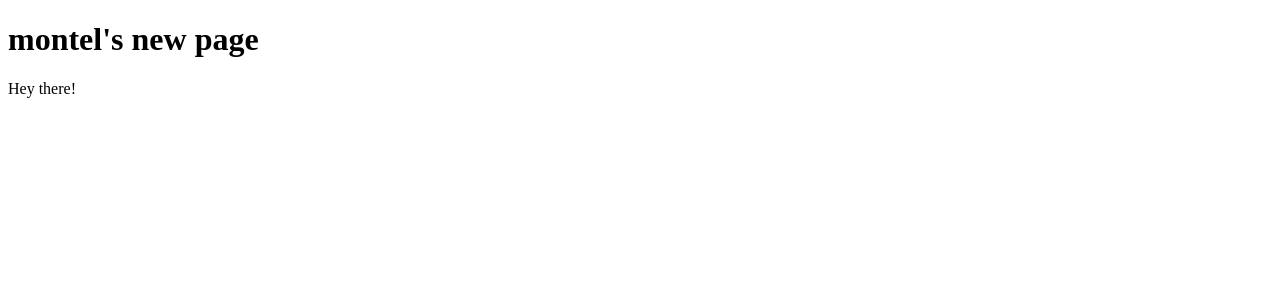
Repository: mnhardy1504/odin-recipes1
Page: repos/java-practice/index.html
An editor plug-in stored every save of this project. The page is shown before and after the next save, followed by the edit.
The browser window is 1280 px wide. The pictures show the whole page.

Above is the page before, as saved 2023-09-14 09:40:27.

### repos/java-practice/index.html
<!DOCTYPE html>
<html>
<head>
  <meta charset="UTF-8">
  <title>Page Title</title>
</head>
<body>
  <h1> montel's new page </h1>
  <script>
    // Your JavaScript goes here!
    var foo = "bar";
    console.log("Hello, World!", foo);
    foo= 23
    console.log(foo + 97);

    document.write("<p> Hey there!</p>");
  </script>
</body>
</html>

After the next save:
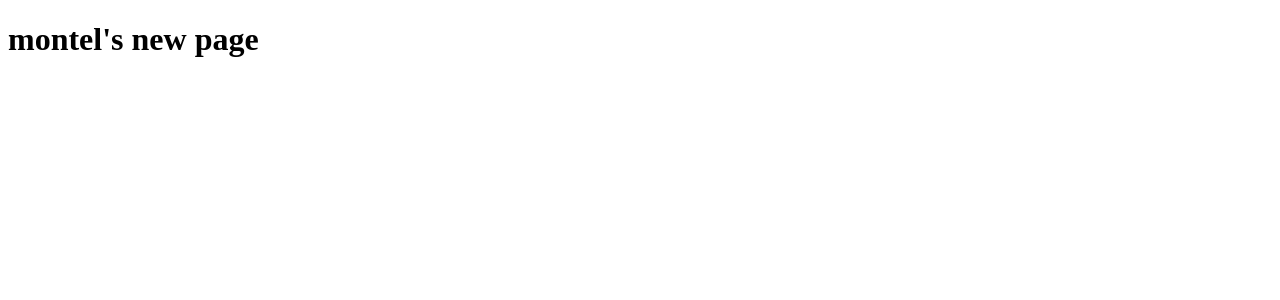
Console error: ReferenceError: c is not defined
Saved 46 s later.
--- a/repos/java-practice/index.html
+++ b/repos/java-practice/index.html
@@ -9,8 +9,7 @@
   <script>
     // Your JavaScript goes here!
     var foo = "bar";
-    console.log("Hello, World!", foo);
-    foo= 23
+    c
     console.log(foo + 97);
 
     document.write("<p> Hey there!</p>");

After the save that followed:
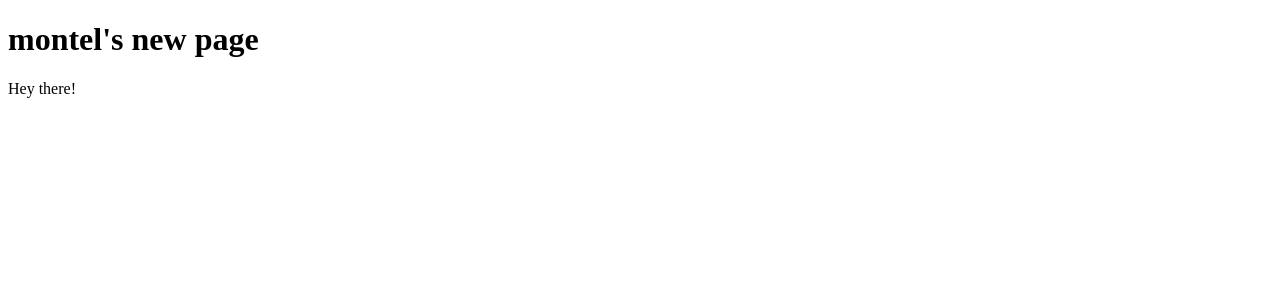
The error is gone.
Saved 80 s later.
--- a/repos/java-practice/index.html
+++ b/repos/java-practice/index.html
@@ -8,9 +8,7 @@
   <h1> montel's new page </h1>
   <script>
     // Your JavaScript goes here!
-    var foo = "bar";
-    c
-    console.log(foo + 97);
+    console.log(23 + 97);
 
     document.write("<p> Hey there!</p>");
   </script>
